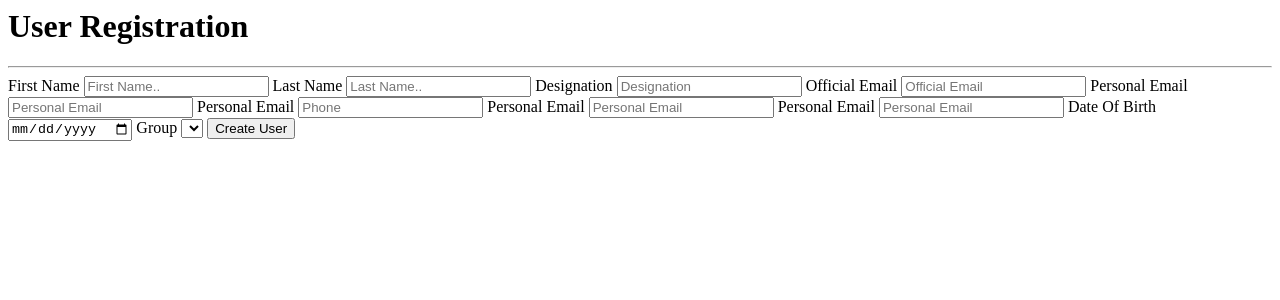
Repository: praveenshetg/GOLDEN-ROD
Page: Duolingo/papi-front/WebContent/view/user_registration.html
The author's editor kept a copy of each file at every save. The page is drawn from the files as they stood at one save, then again after a run of saves.
The browser window is 1280 px wide. The pictures show the whole page.

Above is the page before, as saved 2018-05-08 06:35:06.
Console error: SyntaxError: missing ) after argument list

### Duolingo/papi-front/WebContent/view/user_registration.html


<html>

<body>

<div class="form-div">
<H1><i class="fa fa-user"></i> User Registration</H1>
	<hr>
  <form action="" id="user-reg-form">
    <label for="fname">First Name</label>
    <input type="text" id="fName" name="firstname"  placeholder="First Name..">
 <label for="fname">Last Name</label>
    <input type="text" id="lName" name="lastname" placeholder="Last Name..">
     <label for="fname">Designation</label>
    <input type="text" id="designation" name="designation" id="age" placeholder="Designation ">
         <label for="fname">Official Email</label>
    <input type="text" id="oEmail" name="oemail" placeholder="Official Email">
         <label for="fname">Personal Email</label>
    <input type="text" id="fname" name="pemail" id="age" placeholder="Personal Email">
         <label for="fname">Personal Email</label>
    <input type="text" id="phone" name="phone"  placeholder="Phone">
         <label for="fname">Personal Email</label>
    <input type="text" id="fname" name="pemail" id="age" placeholder="Personal Email">
         <label for="fname">Personal Email</label>
    <input type="text" id="fname" name="pemail" id="age" placeholder="Personal Email">
     <label for="fname">Date Of Birth</label>
    <input type="date" id="fname" name="dob"  id ="dob" placeholder="Date Of Birth..">
    <label for="fname">Group</label>
    <select name="group" id="group_id">
				</select>
    <input type="submit" value="Create User" id="create-user-btn">
<!--      <div id="create-user-btn" class="pw-submit-btn">Submit</div> -->
  </form>
</div>

</body>
<script type="text/javascript">
$('#user-reg-form').submit(function(e) {
	e.preventDefault();
});
$("#create-user-btn").click(function(){
	var data = '{"fName":"'
		+ $("#sc-subject").val()
		+ '","lName":"'
		+ $("#sc-desc").val()
		+ '","oEmail":"'
		+ $("#sc-date").val()
		+ '","pEmail":"'
		+ $("#sc-date").val()
		+ '","designation":"'
		+ $("#sc-desc").val()
		+ '","gender":"'
		+ $("#sc-date").val()
		+ '","phone":"'
		+ $("#sc-date").val()
		+ '","organization":"'
		+ $("#sc-desc").val()
		+ '","dob":"'
		+ $("#sc-date").val()
		+ '","aboutYou":"'
		+ $("#sc-date").val()
		+ '"}';
}
	$.ajax({
		  method: "POST",
		  url: projectDetails.url+""+projectDetails.restappname+"/user/addUser/"+$("#group_id").val(),
		  dataType: "json",
		    contentType: "application/json",
		  data: '{"fName":"'+$("#pw_grp_name").val()+',"
			  +"lName":"'+$("#lName").val()+'"}'
		})
		.done(function( msg ) {
			showSnackBar("User Created Successfully !!!")
		}).error(function( msg ) {
			showSnackBar("User save failed !!!")
		});;

});

generateGroupNamesOptions('group_id');

</script>

</html>

After the next 2 saves:
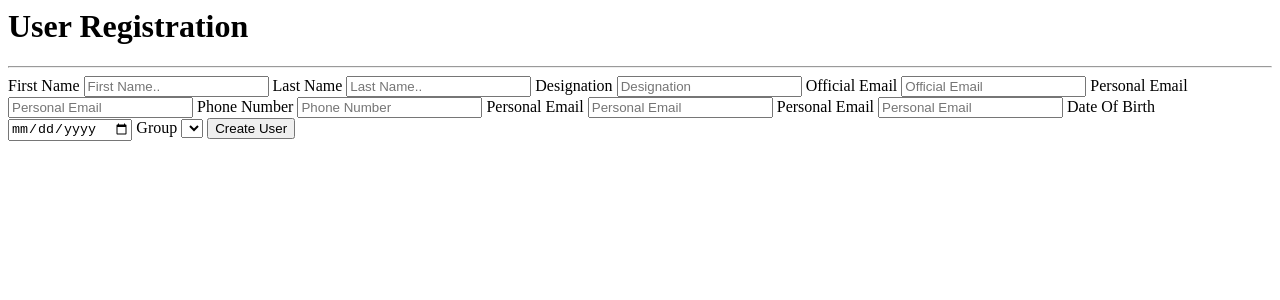
The 2 saves are shown as one change because they came seconds apart.
The last was saved 36 s later.
--- a/Duolingo/papi-front/WebContent/view/user_registration.html
+++ b/Duolingo/papi-front/WebContent/view/user_registration.html
@@ -13,13 +13,13 @@
  <label for="fname">Last Name</label>
     <input type="text" id="lName" name="lastname" placeholder="Last Name..">
      <label for="fname">Designation</label>
-    <input type="text" id="designation" name="designation" id="age" placeholder="Designation ">
+    <input type="text" id="designation" name="designation" placeholder="Designation ">
          <label for="fname">Official Email</label>
     <input type="text" id="oEmail" name="oemail" placeholder="Official Email">
          <label for="fname">Personal Email</label>
     <input type="text" id="fname" name="pemail" id="age" placeholder="Personal Email">
-         <label for="fname">Personal Email</label>
-    <input type="text" id="phone" name="phone"  placeholder="Phone">
+         <label for="fname">Phone Number</label>
+    <input type="text" id="phone" name="phone"  placeholder="Phone Number">
          <label for="fname">Personal Email</label>
     <input type="text" id="fname" name="pemail" id="age" placeholder="Personal Email">
          <label for="fname">Personal Email</label>
